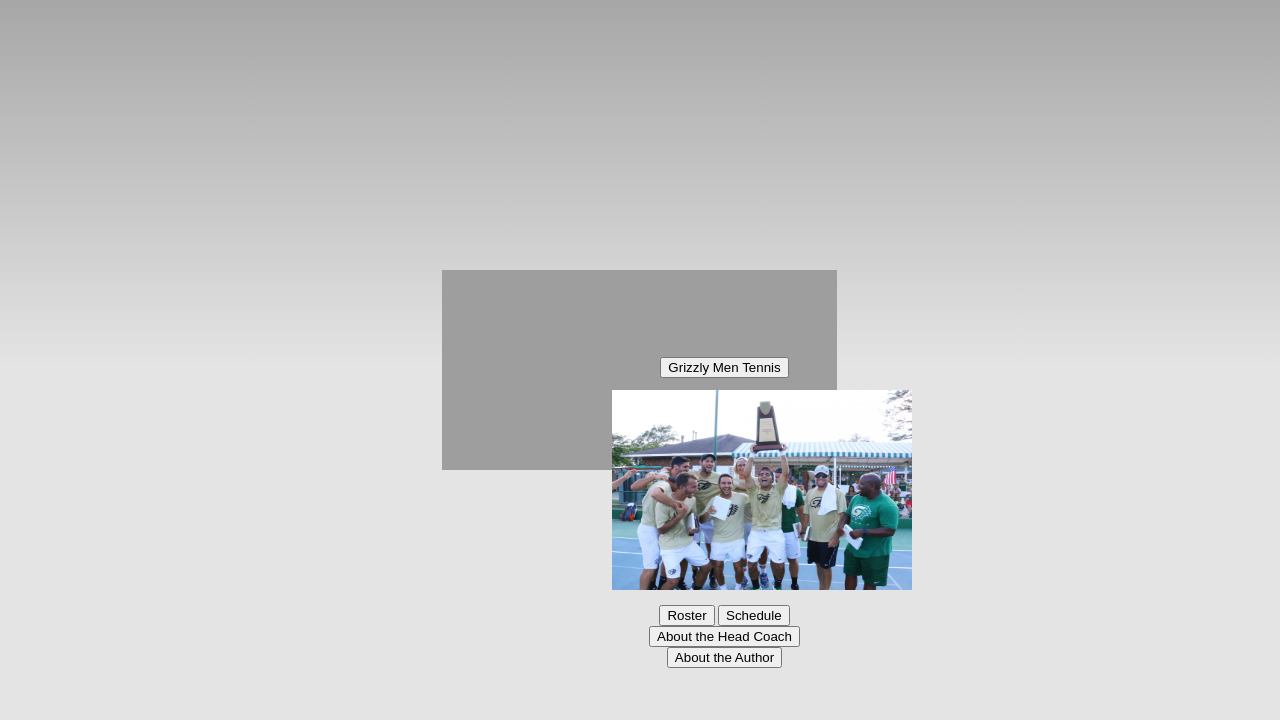
Repository: qtran3/itec4550
Page: EXAM1/TennisAppWebView/index.html
An editor plug-in stored every save of this project. The page is shown before and after the next save, followed by the edit.
The browser window is 1280 px wide. The pictures show the whole page.
Pictures or frames that could not be fetched are drawn as grey boxes. Backgrounds fixed to the window are drawn as part of the page.

Above is the page before, as saved 2016-06-01 16:07:57.

### EXAM1/TennisAppWebView/index.html
<!DOCTYPE html>
<!--
    Licensed to the Apache Software Foundation (ASF) under one
    or more contributor license agreements.  See the NOTICE file
    distributed with this work for additional information
    regarding copyright ownership.  The ASF licenses this file
    to you under the Apache License, Version 2.0 (the
    "License"); you may not use this file except in compliance
    with the License.  You may obtain a copy of the License at

    http://www.apache.org/licenses/LICENSE-2.0

    Unless required by applicable law or agreed to in writing,
    software distributed under the License is distributed on an
    "AS IS" BASIS, WITHOUT WARRANTIES OR CONDITIONS OF ANY
     KIND, either express or implied.  See the License for the
    specific language governing permissions and limitations
    under the License.
-->
<html>
    <head>
        <!--
        Customize this policy to fit your own app's needs. For more guidance, see:
            https://github.com/apache/cordova-plugin-whitelist/blob/master/README.md#content-security-policy
        Some notes:
            * gap: is required only on iOS (when using UIWebView) and is needed for JS->native communication
            * https://ssl.gstatic.com is required only on Android and is needed for TalkBack to function properly
            * Disables use of inline scripts in order to mitigate risk of XSS vulnerabilities. To change this:
                * Enable inline JS: add 'unsafe-inline' to default-src
        -->
        <meta http-equiv="Content-Security-Policy" content="default-src 'self' data: gap: https://ssl.gstatic.com 'unsafe-eval'; style-src 'self' 'unsafe-inline'; media-src *">
        <meta name="format-detection" content="telephone=no">
        <meta name="msapplication-tap-highlight" content="no">
        <meta name="viewport" content="user-scalable=no, initial-scale=1, maximum-scale=1, minimum-scale=1, width=device-width">
        <link rel="stylesheet" type="text/css" href="css/index.css">
        <title>Grizzly Men Tennis</title>
    </head>
    <body>
        <div class="app">
        	<div id="mainPage" align="center">
            	<p> <button id="homePagebuutton">Grizzly Men Tennis</button></p>
				<p>
				  <img src="img/Tennis-10.jpg" height="200px" width="300px" />
				</p>
				<button id="rosterButton">Roster</button>
				<button id="scheduleButton">Schedule</button>
				<button id="coachButton">About the Head Coach</button>
				<button id="authorButton">About the Author</button>
			</div>
        </div>

<!--
        <script type="text/javascript" src="cordova.js"></script>
-->
        <script type="text/javascript" src="js/index.js"></script>
    </body>
</html>

### EXAM1/TennisAppWebView/css/index.css
/*
 * Licensed to the Apache Software Foundation (ASF) under one
 * or more contributor license agreements.  See the NOTICE file
 * distributed with this work for additional information
 * regarding copyright ownership.  The ASF licenses this file
 * to you under the Apache License, Version 2.0 (the
 * "License"); you may not use this file except in compliance
 * with the License.  You may obtain a copy of the License at
 *
 * http://www.apache.org/licenses/LICENSE-2.0
 *
 * Unless required by applicable law or agreed to in writing,
 * software distributed under the License is distributed on an
 * "AS IS" BASIS, WITHOUT WARRANTIES OR CONDITIONS OF ANY
 * KIND, either express or implied.  See the License for the
 * specific language governing permissions and limitations
 * under the License.
 */
* {
    -webkit-tap-highlight-color: rgba(0,0,0,0); /* make transparent link selection, adjust last value opacity 0 to 1.0 */
}

body {
    -webkit-touch-callout: none;                /* prevent callout to copy image, etc when tap to hold */
    -webkit-text-size-adjust: none;             /* prevent webkit from resizing text to fit */
    -webkit-user-select: none;                  /* prevent copy paste, to allow, change 'none' to 'text' */
    background-color:#E4E4E4;
    background-image:linear-gradient(top, #A7A7A7 0%, #E4E4E4 51%);
    background-image:-webkit-linear-gradient(top, #A7A7A7 0%, #E4E4E4 51%);
    background-image:-ms-linear-gradient(top, #A7A7A7 0%, #E4E4E4 51%);
    background-image:-webkit-gradient(
        linear,
        left top,
        left bottom,
        color-stop(0, #A7A7A7),
        color-stop(0.51, #E4E4E4)
    );
    background-attachment:fixed;
    font-family:'HelveticaNeue-Light', 'HelveticaNeue', Helvetica, Arial, sans-serif;
    font-size:12px;
    height:100%;
    margin:0px;
    padding:0px;
    text-transform:uppercase;
    width:100%;
}

/* Portrait layout (default) */
.app {
    background:url(../img/logo.png) no-repeat center top; /* 170px x 200px */
    position:absolute;             /* position in the center of the screen */
    left:50%;
    top:50%;
    height:50px;                   /* text area height */
    width:225px;                   /* text area width */
    text-align:center;
    padding:180px 0px 0px 0px;     /* image height is 200px (bottom 20px are overlapped with text) */
    margin:-115px 0px 0px -112px;  /* offset vertical: half of image height and text area height */
                                   /* offset horizontal: half of text area width */
}

/* Landscape layout (with min-width) */
@media screen and (min-aspect-ratio: 1/1) and (min-width:400px) {
    .app {
        background-position:left center;
        padding:75px 0px 75px 170px;  /* padding-top + padding-bottom + text area = image height */
        margin:-90px 0px 0px -198px;  /* offset vertical: half of image height */
                                      /* offset horizontal: half of image width and text area width */
    }
}

h1 {
    font-size:24px;
    font-weight:normal;
    margin:0px;
    overflow:visible;
    padding:0px;
    text-align:center;
}

.event {
    border-radius:4px;
    -webkit-border-radius:4px;
    color:#FFFFFF;
    font-size:12px;
    margin:0px 30px;
    padding:2px 0px;
}

.event.listening {
    background-color:#333333;
    display:block;
}

.event.received {
    background-color:#4B946A;
    display:none;
}

@keyframes fade {
    from { opacity: 1.0; }
    50% { opacity: 0.4; }
    to { opacity: 1.0; }
}

@-webkit-keyframes fade {
    from { opacity: 1.0; }
    50% { opacity: 0.4; }
    to { opacity: 1.0; }
}

.blink {
    animation:fade 3000ms infinite;
    -webkit-animation:fade 3000ms infinite;
}

Loaded but not shown: EXAM1/TennisAppWebView/js/index.js (common file)

After the next save:
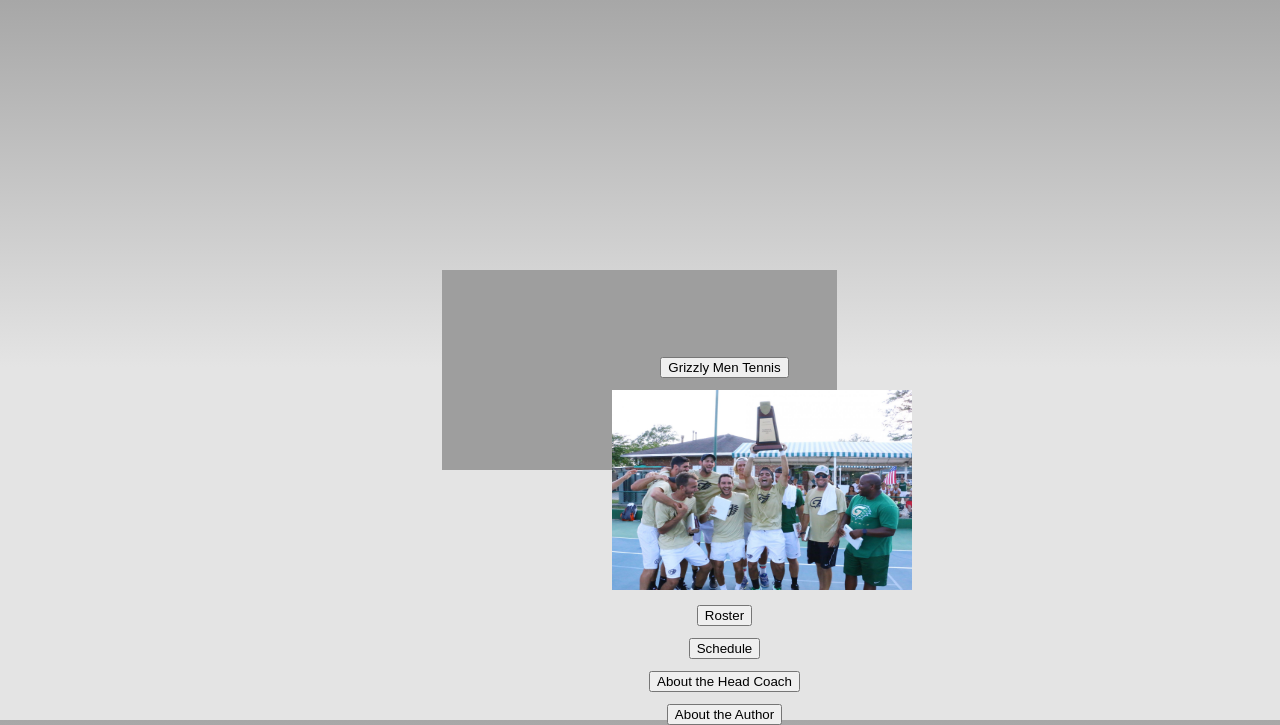
Saved 98 s later.
--- a/EXAM1/TennisAppWebView/index.html
+++ b/EXAM1/TennisAppWebView/index.html
@@ -42,10 +42,18 @@
 				<p>
 				  <img src="img/Tennis-10.jpg" height="200px" width="300px" />
 				</p>
-				<button id="rosterButton">Roster</button>
-				<button id="scheduleButton">Schedule</button>
-				<button id="coachButton">About the Head Coach</button>
-				<button id="authorButton">About the Author</button>
+				<p>
+					<button id="rosterButton">Roster</button>
+				</p>
+				<p>
+					<button id="scheduleButton">Schedule</button>
+				</p>
+				<p>
+					<button id="coachButton">About the Head Coach</button>
+				</p>
+				<p>
+					<button id="authorButton">About the Author</button>
+				</p>
 			</div>
         </div>
 
